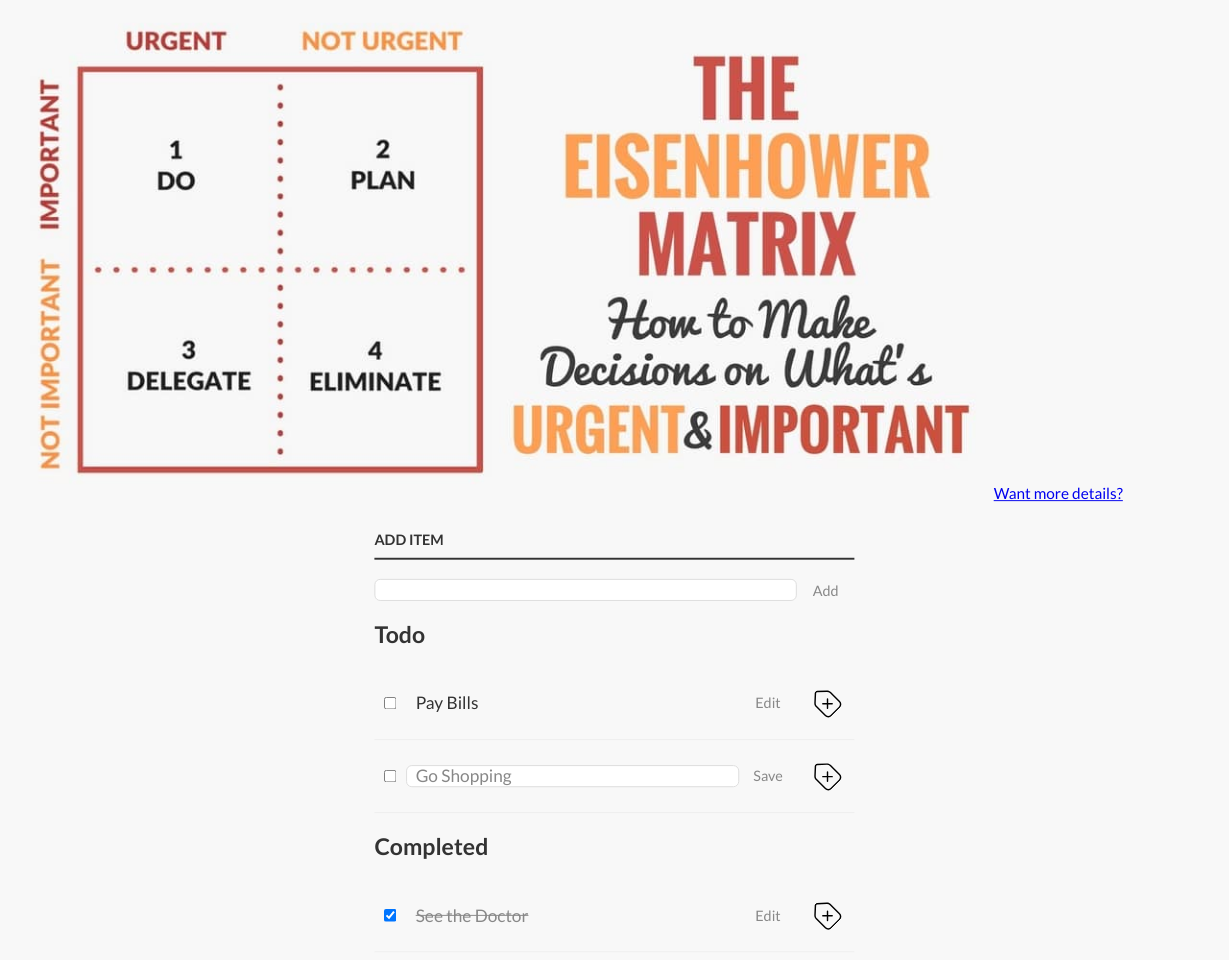
Repository: dev1siWoo/clean-code-s1e1
Page: index.html
These files come from the project's save history. The page is drawn as it stood at one moment and after the next save; the edit follows.
The browser window is 1280 px wide. The pictures show the whole page, at 96% of full size.

Above is the page before, as saved 2024-01-08 22:40:34.

After the next save:
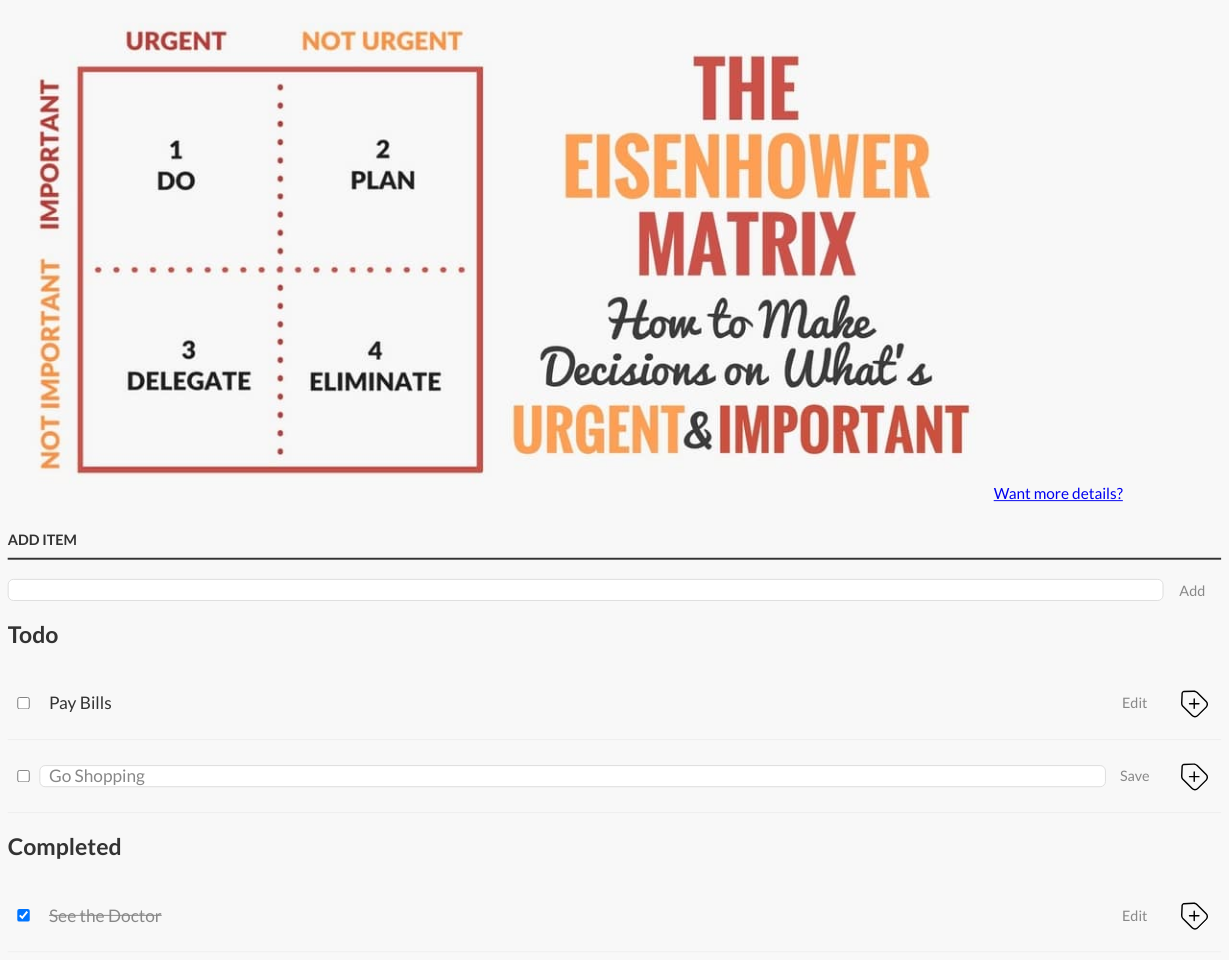
Saved 29 s later.
--- a/index.html
+++ b/index.html
@@ -18,7 +18,7 @@
             <img src="./eisenhower-matrix.jpg" alt="eisenhower-matrix">
             <a class="link" href="https://goal-life.com/page/method/matrix-eisenhower">Want more details?</a>
         </header>
-        <main class="centered-main-page-element">
+        <main class="main-page-element">
             <section id="top-section-for-adding-element-to-list">
                 <label for="new-task">Add Item</label>
                 <div class="task-row-wrapper">
